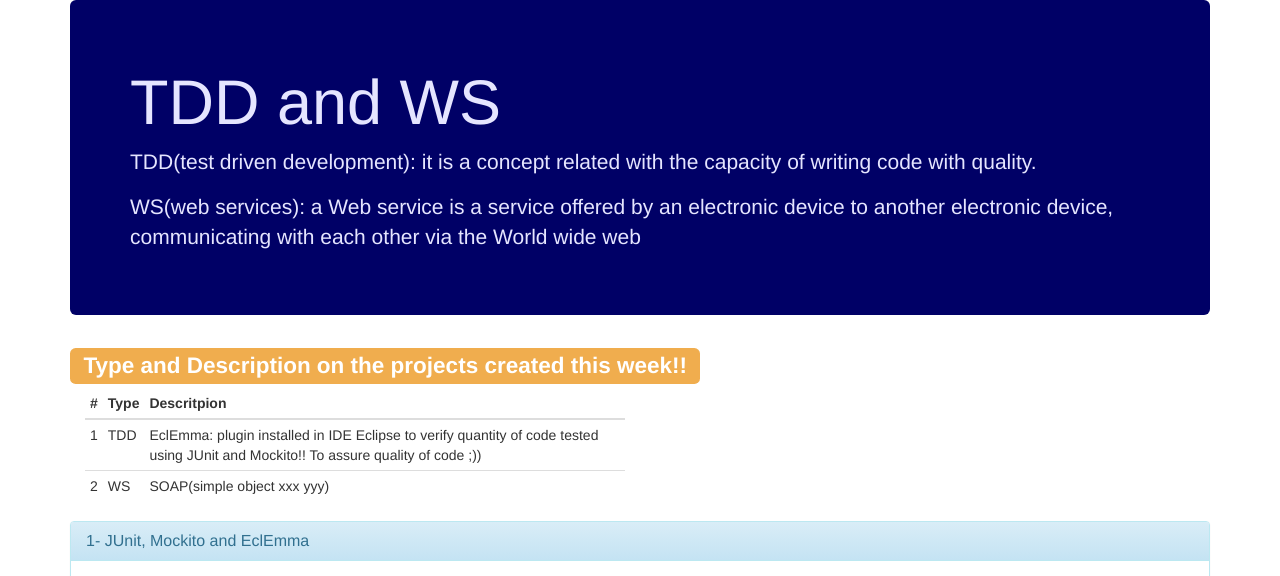
Repository: atafs/Deploy_GoogleAppEngine_webAPPS
Page: Project_001_Deploy_americotomasLIB/war/index.html
An editor plug-in stored every save of this project. The page is shown before and after the next save, followed by the edit.
The browser window is 1280 px wide. The pictures show the part of the page from y = 0 to 576 px (the page is 1468 px tall).
Pictures or frames that could not be fetched are drawn as grey boxes.

Above is the page before, as saved 2016-01-28 10:50:54.
Console error (its wording comes from the project's code and is left out).

### Project_001_Deploy_americotomasLIB/war/index.html
<!DOCTYPE html>
<html lang="en">
<head>
<meta charset="utf-8">
<meta http-equiv="X-UA-Compatible" content="IE=edge">
<meta name="viewport" content="width=device-width, initial-scale=1">
<!-- The above 3 meta tags *must* come first in the head; any other head content must come *after* these tags -->
<meta name="description" content="">
<meta name="author" content="">
<link rel="icon" href="../../favicon.ico">

<title>AmericoTomas Proj</title>

</head>
<body role="document">
	<div class="container theme-showcase" role="main">
		<!-- Main jumbotron for a primary marketing message or call to action -->
		<div style="background-color: #000066; color: #e5e5ff"
			class="jumbotron">
			<h1>TDD and WS</h1>
			<p>TDD(test driven development): it is a concept related with the capacity of writing code with quality.</p>
			<p>WS(web services): a Web service is a service offered by an electronic device to another electronic device, communicating with each other via the World wide web</p>
		</div>
		<h2>
			<span class="label label-warning">Type and Description on the
				projects created this week!!</span>
		</h2>
		<div class="col-md-6">
			<table class="table table-condensed">
				<thead>
					<tr>
						<th>#</th>
						<th>Type</th>
						<th>Descritpion</th>
					</tr>
				</thead>
				<tbody>
					<tr>
						<td>1</td>
						<td>TDD</td>
						<td>EclEmma: plugin installed in IDE Eclipse to verify quantity of code tested using JUnit and Mockito!! To assure quality of code ;)) </td>
					</tr>
					<tr>
						<td>2</td>
						<td>WS</td>
						<td>SOAP(simple object xxx yyy)</td>
					</tr>
				</tbody>
			</table>
		</div>
		<div class="row"></div>
		<!-- /.col-sm-4 -->
		<div class="row-sm-4">
			<div class="panel panel-info">
				<div class="panel-heading">
					<h3 class="panel-title">1- JUnit, Mockito and EclEmma</h3>
				</div>
				<div class="panel-body">
					<iframe width="560" height="315" src="https://www.youtube.com/embed/hkk8kWs78kk?list=PLBaNeIDelX0LWugK_EMfT9q_S85-bH_qY" frameborder="0" allowfullscreen></iframe>
					<h2>
						<span class="label label-primary" style="color: #000066;">github:
							<a style="color: white;"
							href="https://1-dot-project001deploybootstrapsite.appspot.com/">name_of_the_project</a>
						</span>
					</h2>
				</div>
			</div>

			<div class="panel panel-info">
				<div class="panel-heading">
					<h3 class="panel-title">2- SOAP(simple object xxx yyy)</h3>
				</div>
				<div class="panel-body">
					<iframe width="560" height="315" src="https://www.youtube.com/embed/Jtj-0yhox5s" frameborder="0" allowfullscreen></iframe>
				</div>
				<h2>
					<span class="label label-primary" style="color: #000066;">github:
						<a style="color: white;"
						href="https://1-dot-project001deploybootstrapsite.appspot.com/">name_of_the_project</a>
					</span>
				</h2>
			</div>
		</div>
	</div>
	</div>
	<!-- /container -->

	<!-- Latest compiled and minified CSS -->
	<link rel="stylesheet"
		href="https://maxcdn.bootstrapcdn.com/bootstrap/3.3.6/css/bootstrap.min.css"
		integrity="sha384-1q8mTJOASx8j1Au+a5WDVnPi2lkFfwwEAa8hDDdjZlpLegxhjVME1fgjWPGmkzs7"
		crossorigin="anonymous">

	<!-- Optional theme -->
	<link rel="stylesheet"
		href="https://maxcdn.bootstrapcdn.com/bootstrap/3.3.6/css/bootstrap-theme.min.css"
		integrity="sha384-fLW2N01lMqjakBkx3l/M9EahuwpSfeNvV63J5ezn3uZzapT0u7EYsXMjQV+0En5r"
		crossorigin="anonymous">

	<!-- Latest compiled and minified JavaScript -->
	<script
		src="https://maxcdn.bootstrapcdn.com/bootstrap/3.3.6/js/bootstrap.min.js"
		integrity="sha384-0mSbJDEHialfmuBBQP6A4Qrprq5OVfW37PRR3j5ELqxss1yVqOtnepnHVP9aJ7xS"
		crossorigin="anonymous"></script>
</body>
</html>

After the next save:
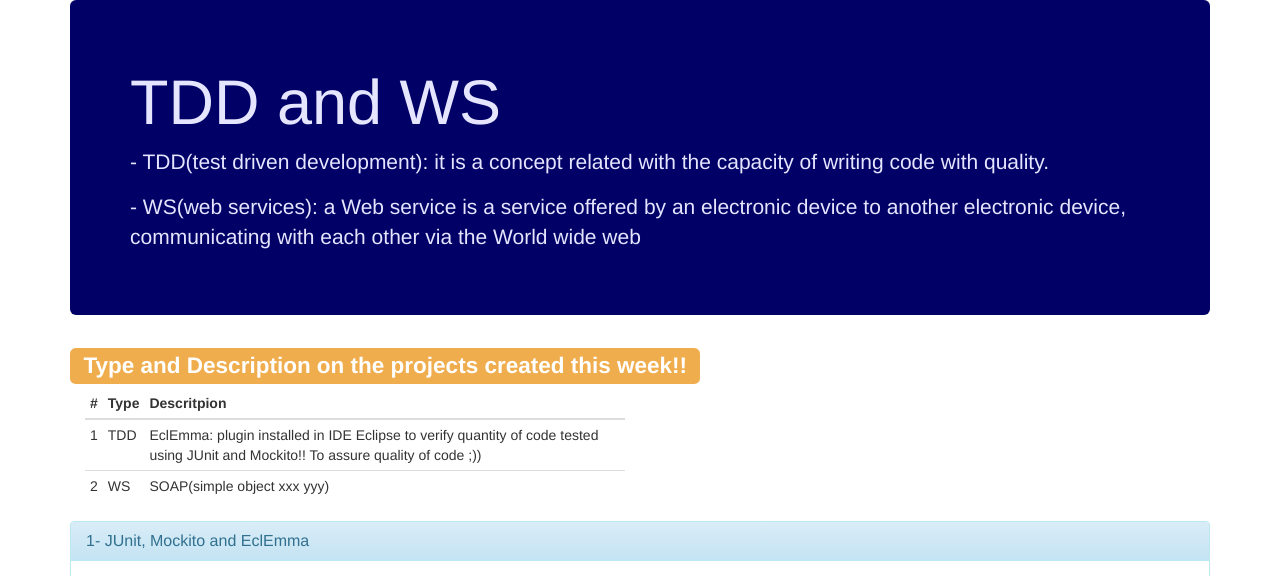
Saved 15 s later.
--- a/Project_001_Deploy_americotomasLIB/war/index.html
+++ b/Project_001_Deploy_americotomasLIB/war/index.html
@@ -18,8 +18,8 @@
 		<div style="background-color: #000066; color: #e5e5ff"
 			class="jumbotron">
 			<h1>TDD and WS</h1>
-			<p>TDD(test driven development): it is a concept related with the capacity of writing code with quality.</p>
-			<p>WS(web services): a Web service is a service offered by an electronic device to another electronic device, communicating with each other via the World wide web</p>
+			<p>- TDD(test driven development): it is a concept related with the capacity of writing code with quality.</p>
+			<p>- WS(web services): a Web service is a service offered by an electronic device to another electronic device, communicating with each other via the World wide web</p>
 		</div>
 		<h2>
 			<span class="label label-warning">Type and Description on the
